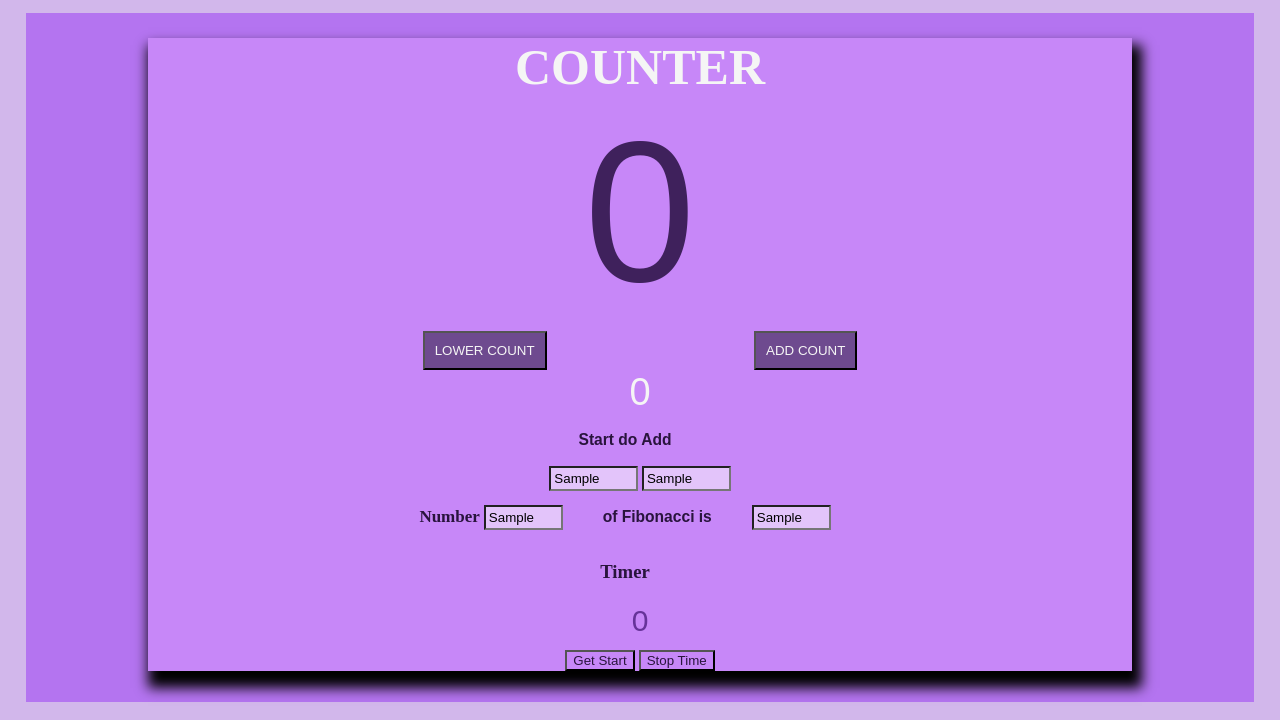
Repository: AnahitKhechumyan/Counter
Page: index.html
The author's editor kept a copy of each file at every save. The page is drawn from the files as they stood at one save, then again after the next save.
The browser window is 1280 px wide. The pictures show the whole page.
Empty fields were first filled with sample values (such as "Sample", 5 or name@example.com).
After loading, the first visible `button.stopTime` was clicked once.

Above is the page before, as saved 2022-02-19 03:25:40.

After the next save:
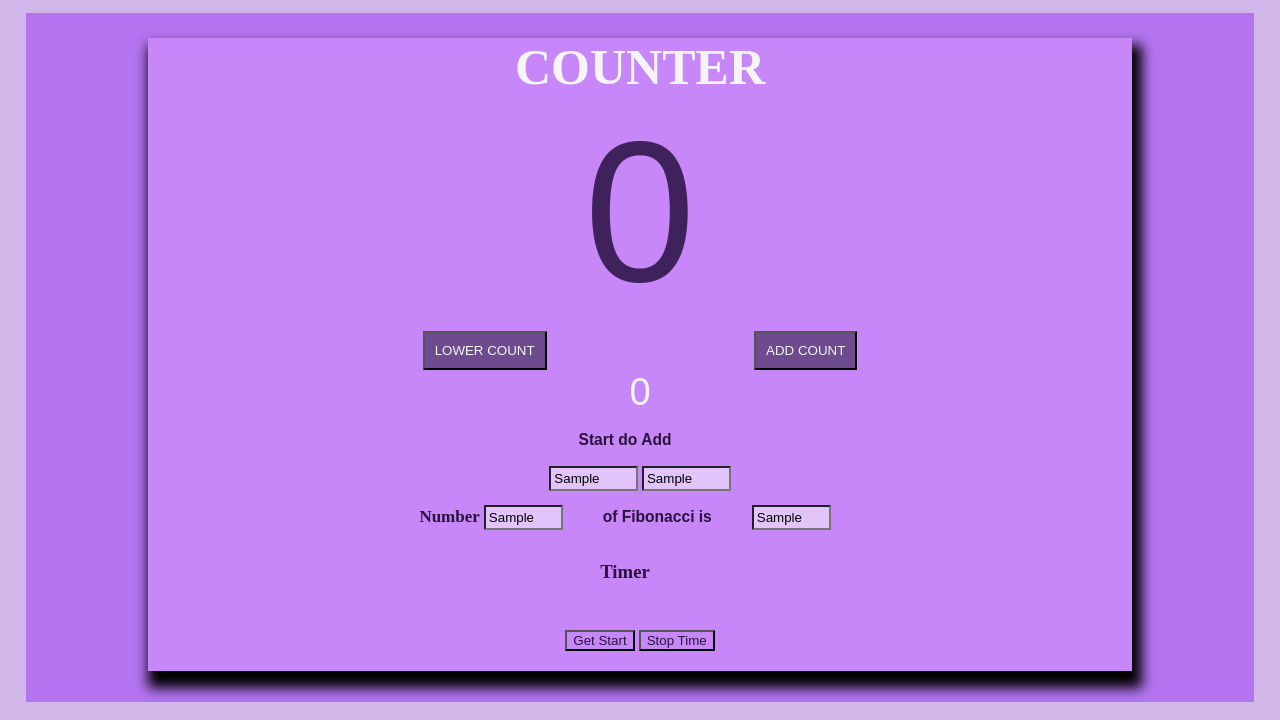
Saved 45 s later.
--- a/script.js
+++ b/script.js
@@ -107,5 +107,5 @@
 
 stopTimer.addEventListener("click", () => {
   clearInterval(timer);
-  countTime = 0;
+  goTimer.innerHTML = "";
 });

After the save that followed:
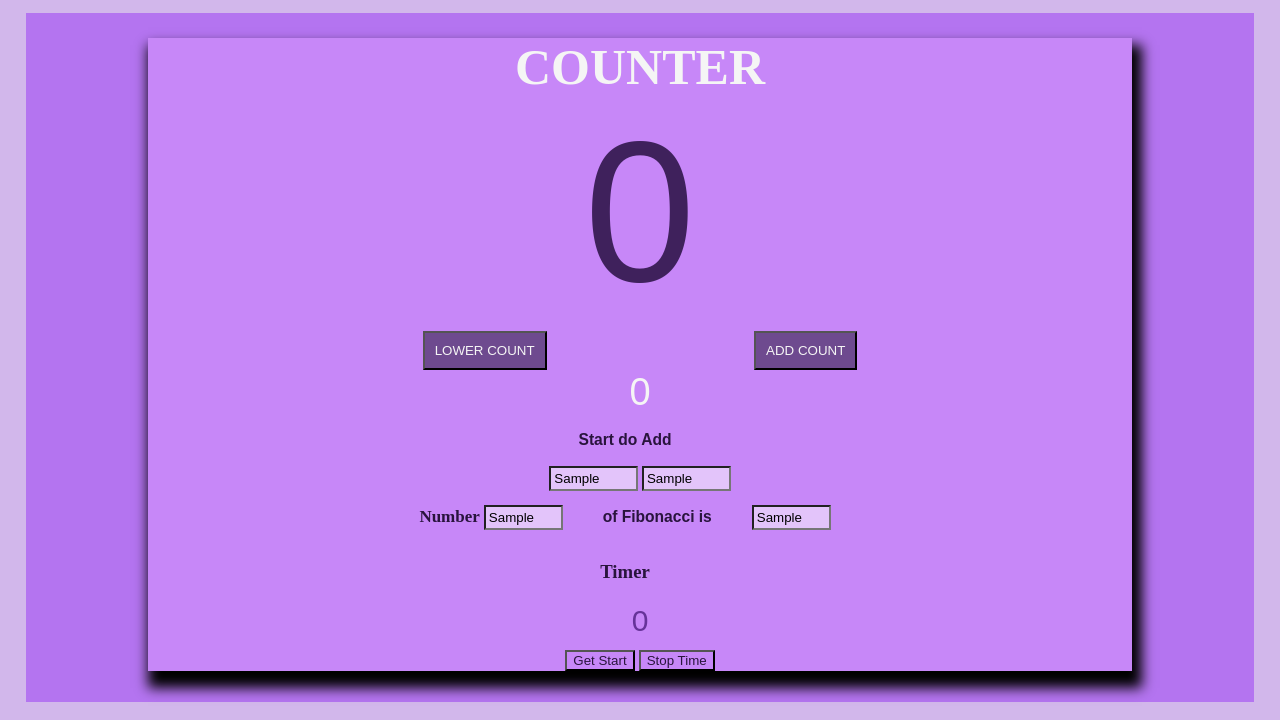
Saved 34 s later.
--- a/script.js
+++ b/script.js
@@ -107,5 +107,5 @@
 
 stopTimer.addEventListener("click", () => {
   clearInterval(timer);
-  goTimer.innerHTML = "";
+  goTimer.innerHTML = 0;
 });
